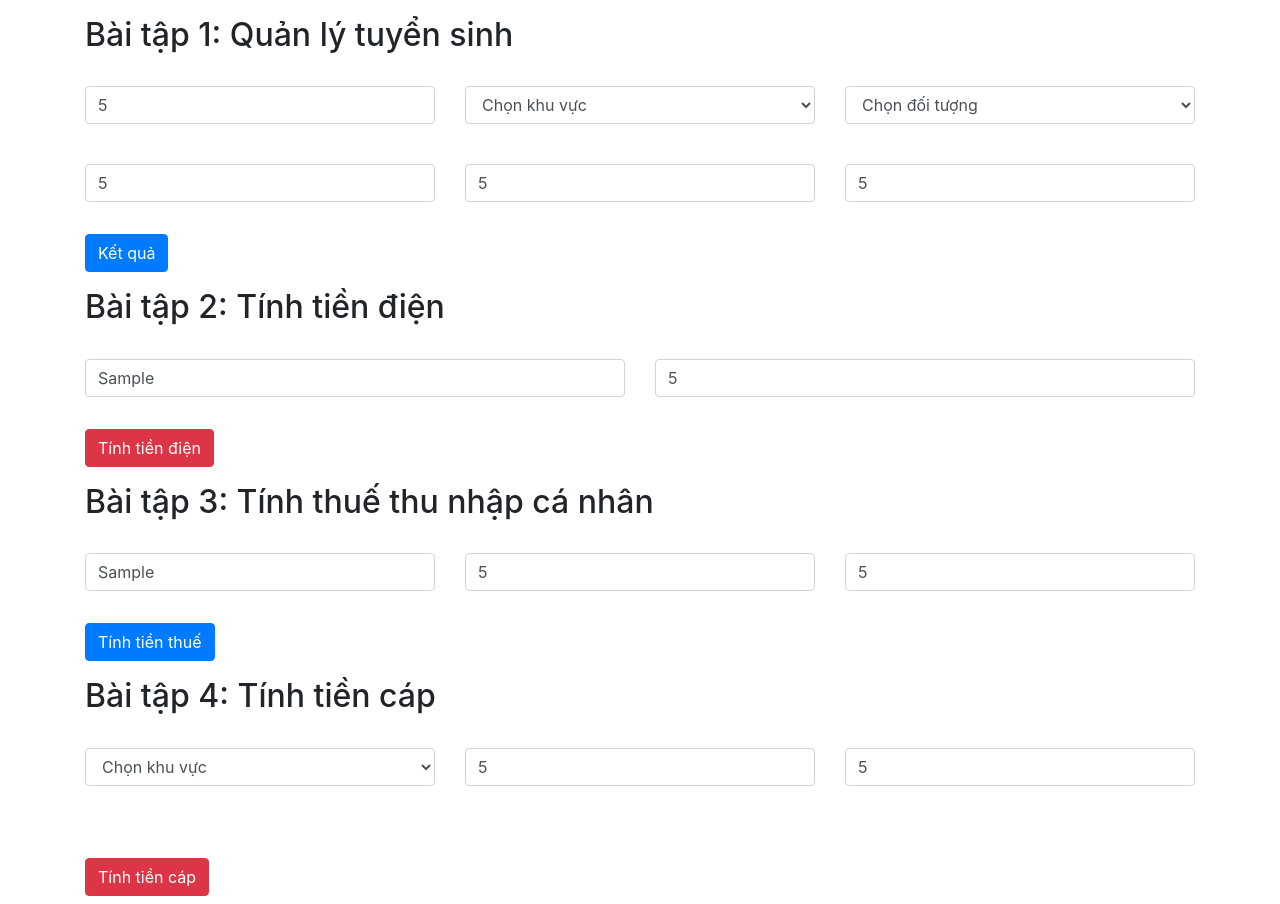
Repository: thanhfrankie/BC10-LeMinhThanh-Js-b5
Page: index.html
The author's editor kept a copy of each file at every save. The page is drawn from the files as they stood at one save, then again after the next save.
The browser window is 1280 px wide. The pictures show the whole page.
Empty fields were first filled with sample values (such as "Sample", 5 or name@example.com).
After loading, the first visible `#ket-qua-tuyen-sinh` was clicked once.

Above is the page before, as saved 2023-12-24 21:20:36.

### index.html
<!DOCTYPE html>
<html lang="en">
  <head>
    <title>Title</title>
    <!-- Required meta tags -->
    <meta charset="utf-8" />
    <meta
      name="viewport"
      content="width=device-width, initial-scale=1, shrink-to-fit=no"
    />

    <!-- Bootstrap CSS -->
    <link
      rel="stylesheet"
      href="https://stackpath.bootstrapcdn.com/bootstrap/4.3.1/css/bootstrap.min.css"
      integrity="sha384-ggOyR0iXCbMQv3Xipma34MD+dH/1fQ784/j6cY/iJTQUOhcWr7x9JvoRxT2MZw1T"
      crossorigin="anonymous"
    />
  </head>
  <body>
    <!-- Bài tập 1 -->
    <div class="container">
      <h2 class="mt-3">Bài tập 1: Quản lý tuyển sinh</h2>
      <div class="row">
        <div class="col-sm-4">
          <div class="form-group">
            <label for="diem-chuan"></label>
            <input
              type="number"
              class="form-control"
              name=""
              id="diem-chuan"
              aria-describedby="helpId"
              placeholder="Điểm chuẩn"
              required
            />
          </div>
        </div>
        <div class="col-sm-4">
          <div class="form-group">
            <label for="khu-vuc"></label>
            <select class="form-control" id="khu-vuc">
              <option selected>Chọn khu vực</option>
              <option>A</option>
              <option>B</option>
              <option>C</option>
            </select>
          </div>
        </div>
        <div class="col-sm-4">
          <div class="form-group">
            <label for="doi-tuong"></label>
            <select class="form-control" id="doi-tuong">
              <option selected>Chọn đối tượng</option>
              <option>1</option>
              <option>2</option>
              <option>3</option>
            </select>
          </div>
        </div>
      </div>
      <div class="row">
        <div class="col-sm-4">
          <div class="form-group">
            <label for="diem-mon-thu-1"></label>
            <input
              type="number"
              class="form-control"
              name=""
              id="diem-mon-thu-1"
              aria-describedby="helpId"
              placeholder="Điểm môn thứ 1"
              required
            />
          </div>
        </div>
        <div class="col-sm-4">
          <div class="form-group">
            <label for="diem-mon-thu-2"></label>
            <input
              type="number"
              class="form-control"
              name=""
              id="diem-mon-thu-2"
              aria-describedby="helpId"
              placeholder="Điểm môn thứ 2"
              required
            />
          </div>
        </div>
        <div class="col-sm-4">
          <div class="form-group">
            <label for="diem-mon-thu-3"></label>
            <input
              type="number"
              class="form-control"
              name=""
              id="diem-mon-thu-3"
              aria-describedby="helpId"
              placeholder="Điểm môn thứ 3"
              required
            />
          </div>
        </div>
      </div>
      <button
        type="button"
        onclick="tuyenSinh()"
        class="btn btn-primary mt-3"
        id="ket-qua-tuyen-sinh"
      >
        Kết quả
      </button>
      <h3 id="ket-qua-cuoi-cung" class="text-success"></h3>
    </div>
    <!-- Bài tập 2 -->
    <div class="container">
      <h2 class="mt-3">Bài tập 2: Tính tiền điện</h2>
      <div class="row">
        <div class="col-sm-6">
          <div class="form-group">
            <label for="ho-ten"></label>
            <input
              type="text"
              class="form-control"
              name=""
              id="ho-ten"
              aria-describedby="helpId"
              placeholder="Nhập họ và tên"
              required
            />
          </div>
        </div>
        <div class="col-sm-6">
          <div class="form-group">
            <label for="so-kw"></label>
            <input
              type="number"
              class="form-control"
              name=""
              id="so-kw"
              aria-describedby="helpId"
              placeholder="Nhập số kw"
              required
            />
          </div>
        </div>
      </div>
      <button
        type="button"
        onclick="tinhTienDien()"
        class="btn btn-danger mt-3"
      >
        Tính tiền điện
      </button>

      <h3 id="thong-tin-hoa-don" class="text-success"></h3>
    </div>
    <!-- Bài tập 3-->
    <div class="container">
      <h2 class="mt-3">Bài tập 3: Tính thuế thu nhập cá nhân</h2>
      <div class="row">
        <div class="col-sm-4">
          <div class="form-group">
            <label for="so-luong-USD"></label>
            <input
              type="text"
              class="form-control"
              name=""
              id="so-luong-USD"
              aria-describedby="helpId"
              placeholder="Nhập số tiền USD"
              required
            />
          </div>
        </div>
        <div class="col-sm-4">
          <div class="form-group">
            <label for="so-luong-USD"></label>
            <input
              type="number"
              class="form-control"
              name=""
              id="so-luong-USD"
              aria-describedby="helpId"
              placeholder="Nhập số tiền USD"
              required
            />
          </div>
        </div>
        <div class="col-sm-4">
          <div class="form-group">
            <label for="so-luong-USD"></label>
            <input
              type="number"
              class="form-control"
              name=""
              id="so-luong-USD"
              aria-describedby="helpId"
              placeholder="Nhập số tiền USD"
              required
            />
          </div>
        </div>
      </div>
      <button type="button" onclick="quyDoiTien()" class="btn btn-primary mt-3">
        Tính tiền thuế
      </button>
      <h3 id="so-luong-VND" class="text-success"></h3>
    </div>
    <!-- Bài tập 4-->
    <div class="container">
      <h2 class="mt-3">Bài tập 4: Tính tiền cáp</h2>
      <div class="row">
        <div class="col-sm-4">
          <div class="form-group">
            <label for="khach-hang"></label>
            <select class="form-control" id="khach-hang" onchange="chonKhachHang()">
              <option selected>Chọn khu vực</option>
              <option>Nhà Dân</option>
              <option>Doanh Nghiệp</option>
            </select>
          </div>
        </div>
        <div class="col-sm-4">
          <div class="form-group">
            <label for="ma-khach-hang"></label>
            <input
              type="number"
              class="form-control"
              name=""
              id="ma-khach-hang"
              aria-describedby="helpId"
              placeholder="Nhập mã khách hàng"
              required
            />
          </div>
        </div>
        <div class="col-sm-4">
          <div class="form-group">
            <label for="kenh-cao-cap"></label>
            <input
              type="number"
              class="form-control"
              name=""
              id="kenh-cao-cap"
              aria-describedby="helpId"
              placeholder="Số kênh cao cấp"
              required
            />
          </div>
        </div>
        <div class="col-sm-4">
          <div class="form-group">
            <label for="so-ket-noi"></label>
            <input
              style="display: none"
              type="number"
              class="form-control"
              name=""
              id="so-ket-noi"
              aria-describedby="helpId"
              placeholder="Số kết nối"
              required
            />
          </div>
        </div>
      </div>
      <button type="button" onclick="tinhTienCap()" class="btn btn-danger mt-3">
        Tính tiền cáp
      </button>

      <h3 id="hoa-don-tien-cap" class="text-success"></h3>
    </div>

    <!-- Optional JavaScript -->
    <!-- jQuery first, then Popper.js, then Bootstrap JS -->
    <script
      src="https://code.jquery.com/jquery-3.3.1.slim.min.js"
      integrity="sha384-q8i/X+965DzO0rT7abK41JStQIAqVgRVzpbzo5smXKp4YfRvH+8abtTE1Pi6jizo"
      crossorigin="anonymous"
    ></script>
    <script
      src="https://cdnjs.cloudflare.com/ajax/libs/popper.js/1.14.7/umd/popper.min.js"
      integrity="sha384-UO2eT0CpHqdSJQ6hJty5KVphtPhzWj9WO1clHTMGa3JDZwrnQq4sF86dIHNDz0W1"
      crossorigin="anonymous"
    ></script>
    <script
      src="https://stackpath.bootstrapcdn.com/bootstrap/4.3.1/js/bootstrap.min.js"
      integrity="sha384-JjSmVgyd0p3pXB1rRibZUAYoIIy6OrQ6VrjIEaFf/nJGzIxFDsf4x0xIM+B07jRM"
      crossorigin="anonymous"
    ></script>
    <script src="./index.js"></script>
  </body>
</html>

### index.js
// Bài tập 1
/**
 * B1: tạo biến, lấy giá trị từ input
 * B2: Xét các trường hợp
 * + nếu có môn điểm 0 => rớt
 * + chọn điểm chuẩn: ví dụ: 25
 * + tính điểm ưu tiên
 * + tính điểm tổng kết = tổng 3 môn thi + điểm ưu tiên
 * + so sánh điểm tổng kết và điểm chuẩn để kết luận đậu hay rớt
 * + gán sự kiện cho button
 * B3: hiển thị kết quả
 */
function tuyenSinh() {
  var diemMon1 = document.getElementById("diem-mon-thu-1").value * 1;
  var diemMon2 = document.getElementById("diem-mon-thu-2").value * 1;
  var diemMon3 = document.getElementById("diem-mon-thu-3").value * 1;
  var khuVucA = 2;
  var khuVucB = 1;
  var khuVucC = 0.5;
  var doiTuong1 = 2.5;
  var doiTuong2 = 1.5;
  var doiTuong3 = 1;
  var diemKhuVuc = document.getElementById("khu-vuc").value;
  var diemDoiTuong = document.getElementById("doi-tuong").value * 1;
  var diemUuTien = 0;
  var diemTongKet = 0;
  var ketQua = document.getElementById("ket-qua-cuoi-cung");
  var tongDiem3Mon = diemMon1 + diemMon2 + diemMon3;
  var diemChuan = document.getElementById("diem-chuan").value * 1;
  if (diemMon1 === 0 || diemMon2 === 0 || diemMon3 === 0) {
    ketQua.innerText = `Kết quả: Rớt!!!`;
  }
  if (diemKhuVuc !== "A" || diemKhuVuc !== "B" || diemKhuVuc !== "C" || diemDoiTuong !== 1 || diemDoiTuong !== 2 || diemDoiTuong !== 3) {

  }
  if (diemKhuVuc ==="A" && diemDoiTuong ==1) {
    diemUuTien = khuVucA + doiTuong1

    diemTongKet = tongDiem3Mon + diemUuTien
    if (diemTongKet < diemChuan) {
     return  ketQua.innerText = `Kết quả: ${diemTongKet} - Rớt!!!`;
    }
   return ketQua.innerText = `Kết quả: ${diemTongKet} - Đậu `;
  }
  if (diemKhuVuc ==="A" && diemDoiTuong ==2) {
    diemUuTien = khuVucA + doiTuong2

    diemTongKet = tongDiem3Mon + diemUuTien
    if (diemTongKet < diemChuan) {
     return  ketQua.innerText = `Kết quả: ${diemTongKet} - Rớt!!!`;
    }
   return ketQua.innerText = `Kết quả: ${diemTongKet} - Đậu `;
  }
  if (diemKhuVuc ==="A" && diemDoiTuong ==3) {
    diemUuTien = khuVucA + doiTuong3

    diemTongKet = tongDiem3Mon + diemUuTien
    if (diemTongKet < diemChuan) {
     return  ketQua.innerText = `Kết quả: ${diemTongKet} - Rớt!!!`;
    }
   return ketQua.innerText = `Kết quả: ${diemTongKet} - Đậu `;
  }
  if (diemKhuVuc ==="B" && diemDoiTuong ==1) {
    diemUuTien = khuVucB + doiTuong1

    diemTongKet = tongDiem3Mon + diemUuTien
    if (diemTongKet < diemChuan) {
     return  ketQua.innerText = `Kết quả: ${diemTongKet} - Rớt!!!`;
    }
   return ketQua.innerText = `Kết quả: ${diemTongKet} - Đậu `;
  }
  if (diemKhuVuc ==="B" && diemDoiTuong ==2) {
    diemUuTien = khuVucB + doiTuong2

    diemTongKet = tongDiem3Mon + diemUuTien
    if (diemTongKet < diemChuan) {
     return  ketQua.innerText = `Kết quả: ${diemTongKet} - Rớt!!!`;
    }
   return ketQua.innerText = `Kết quả: ${diemTongKet} - Đậu `;
  }
  if (diemKhuVuc ==="B" && diemDoiTuong ==3) {
    diemUuTien = khuVucB + doiTuong3

    diemTongKet = tongDiem3Mon + diemUuTien
    if (diemTongKet < diemChuan) {
     return  ketQua.innerText = `Kết quả: ${diemTongKet} - Rớt!!!`;
    }
   return ketQua.innerText = `Kết quả: ${diemTongKet} - Đậu `;
  }
  if (diemKhuVuc ==="C" && diemDoiTuong ==1) {
    diemUuTien = khuVucC + doiTuong1

    diemTongKet = tongDiem3Mon + diemUuTien
    if (diemTongKet < diemChuan) {
     return  ketQua.innerText = `Kết quả: ${diemTongKet} - Rớt!!!`;
    }
   return ketQua.innerText = `Kết quả: ${diemTongKet} - Đậu `;
  }
  if (diemKhuVuc ==="C" && diemDoiTuong ==2) {
    diemUuTien = khuVucC + doiTuong2

    diemTongKet = tongDiem3Mon + diemUuTien
    if (diemTongKet < diemChuan) {
     return  ketQua.innerText = `Kết quả: ${diemTongKet} - Rớt!!!`;
    }
   return ketQua.innerText = `Kết quả: ${diemTongKet} - Đậu `;
  }
  if (diemKhuVuc ==="C" && diemDoiTuong ==3) {
    diemUuTien = khuVucC + doiTuong3

    diemTongKet = tongDiem3Mon + diemUuTien
    if (diemTongKet < diemChuan) {
     return  ketQua.innerText = `Kết quả: ${diemTongKet} - Rớt!!!`;
    }
   return ketQua.innerText = `Kết quả: ${diemTongKet} - Đậu `;
  }
}

// Bài tập 2
/**
 * B1: tạo biến, lấy giá trị từ input
 * B2: Tính tiền điện
 * + tạo biến để tính số tiền điện theo kw
 * + xét các trường hợp tiêu thụ điện và tính số tiền tương ứng
 * + gán sự kiện click cho button
 * B3: hiển thị kết quả
 */
function tinhTienDien() {
  var hoTen = document.getElementById("ho-ten").value;
  var soKw = document.getElementById("so-kw").value * 1;
  var ketQua = document.getElementById("thong-tin-hoa-don");
  var tienPhaiTra = 0;
  if (soKw <= 50) {
    tienPhaiTra = soKw * 500;
    return (ketQua.innerText = `Họ tên: ${hoTen}, Tiền điện: ${tienPhaiTra}`);
  }
  if (50 < soKw && soKw <= 100) {
    tienPhaiTra = 50 * 500 + (soKw - 50) * 650;
    return (ketQua.innerText = `Họ tên: ${hoTen}, Tiền điện: ${tienPhaiTra}`);
  }
  if (100 < soKw && soKw <= 200) {
    tienPhaiTra = 50 * 500 + 50 * 650 + (soKw - 100) * 850;
    return (ketQua.innerText = `Họ tên: ${hoTen}, Tiền điện: ${tienPhaiTra}`);
  }
  if (200 < soKw && soKw <= 350) {
    tienPhaiTra = 50 * 500 + 50 * 650 + 100 * 850 + (soKw - 200) * 1100;
    return (ketQua.innerText = `Họ tên: ${hoTen}, Tiền điện: ${tienPhaiTra}`);
  }
  if (soKw > 350) {
    tienPhaiTra =
      50 * 500 + 50 * 650 + 100 * 850 + 150 * 1100 + (soKw - 350) * 1300;
    return (ketQua.innerText = `Họ tên: ${hoTen}, Tiền điện: ${tienPhaiTra}`);
  }
}

// Bài tập 3
/**
 * B1: tạo biến, lấy giá trị từ input
 * B2: Tính thuế thu nhập cá nhân
 * + tạo biến để tính lương: lương 1 ngày * số ngày làm
 * + gán sự kiện click cho button
 * B3: hiển thị kết quả
 */

// Bài tập 4
/**
 * B1: tạo biến, lấy giá trị từ input
 * B2: Tính tiền cáp
 * + gắn sự kiện onchange cho button để kiểm tra có phải Doanh Nghiệp hay không
 * + xét các trường hợp nhà dân, doanh nghiệp để tính hóa đơn
 * + gán sự kiện click cho button
 * B3: hiển thị kết quả
 */
function chonKhachHang() {
  var khachHang = document.getElementById("khach-hang").value;
  var soKetNoi = document.getElementById("so-ket-noi");

  if (khachHang === "Doanh Nghiệp") {
    soKetNoi.style.display = "block";
  } else {
    soKetNoi.style.display = "none";
  }
}

function tinhTienCap() {
  var khachHang = document.getElementById("khach-hang").value;
  var maKhachHang = document.getElementById("ma-khach-hang").value;
  var kenhCaoCap = document.getElementById("kenh-cao-cap").value;
  var soKetNoi = document.getElementById("so-ket-noi").value;
  var hoaDonTienCap = document.getElementById("hoa-don-tien-cap");
  var tongTienPhaiTra = 0;
  var phiXuLyHoaDonNhaDan = 4.5;
  var phiDichVuCoBanNhaDan = 20.5;
  var thueKenhCaoCapNhaDan = 7.5;
  var phiXuLyHoaDonDoanhNghiep = 15;
  var phiDichVuCoBanDoanhNghiep = 0;
  var thueKenhCaoCapDoanhNghiep = 50;
  if (khachHang === "Nhà Dân") {
    tongTienPhaiTra =
      phiXuLyHoaDonNhaDan +
      phiDichVuCoBanNhaDan +
      thueKenhCaoCapNhaDan * kenhCaoCap;
    hoaDonTienCap.innerHTML = ` Khách hàng: ${maKhachHang}, tiền cáp: ${tongTienPhaiTra}  `;
  }
  if (khachHang === "Doanh Nghiệp") {
    if (soKetNoi > 0 && soKetNoi <= 10) {
      phiDichVuCoBanDoanhNghiep = 75;
    }
    if (soKetNoi > 10) {
      phiDichVuCoBanDoanhNghiep = 75 + (soKetNoi - 10) * 5;
    }
    tongTienPhaiTra =
      phiXuLyHoaDonDoanhNghiep +
      phiDichVuCoBanDoanhNghiep +
      thueKenhCaoCapDoanhNghiep * kenhCaoCap;
  }
  hoaDonTienCap.innerHTML = ` Khách hàng: ${khachHang}, tiền cáp: ${tongTienPhaiTra}  `;
}

After the next save:
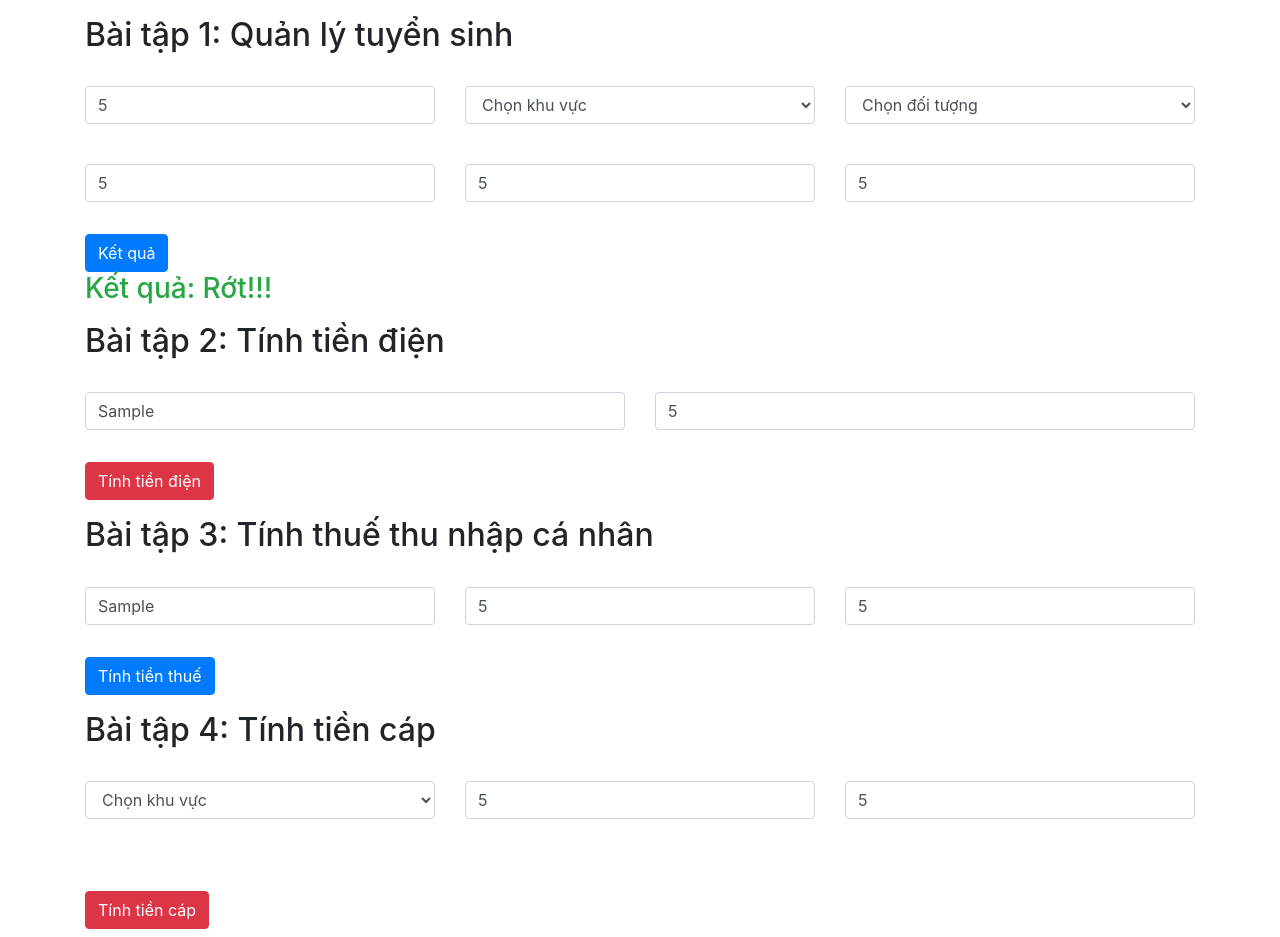
Saved 7 s later.
--- a/index.js
+++ b/index.js
@@ -31,7 +31,7 @@ function tuyenSinh() {
     ketQua.innerText = `Kết quả: Rớt!!!`;
   }
   if (diemKhuVuc !== "A" || diemKhuVuc !== "B" || diemKhuVuc !== "C" || diemDoiTuong !== 1 || diemDoiTuong !== 2 || diemDoiTuong !== 3) {
-
+    ketQua.innerText = `Kết quả: Rớt!!!`;
   }
   if (diemKhuVuc ==="A" && diemDoiTuong ==1) {
     diemUuTien = khuVucA + doiTuong1
